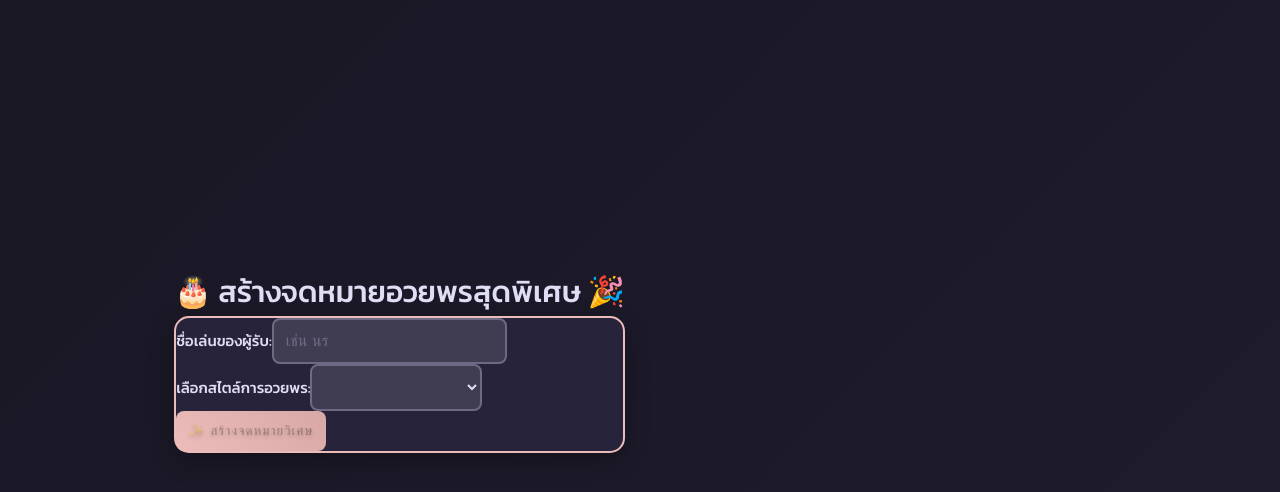
Repository: Jinwoo290350/Word_HBD
Page: /
These files come from the project's save history. The page is drawn as it stood at one moment and after a run of saves; the edit follows.
The browser window is 1280 px wide. The pictures show the whole page.
The project was rebuilt for these pictures with package versions that can differ from the ones it lists, and the page was loaded fresh each time. Also part of the build but not shown: vite.config.js.

Above is the page before, as saved 2025-03-28 22:22:49.

After the next 3 saves:
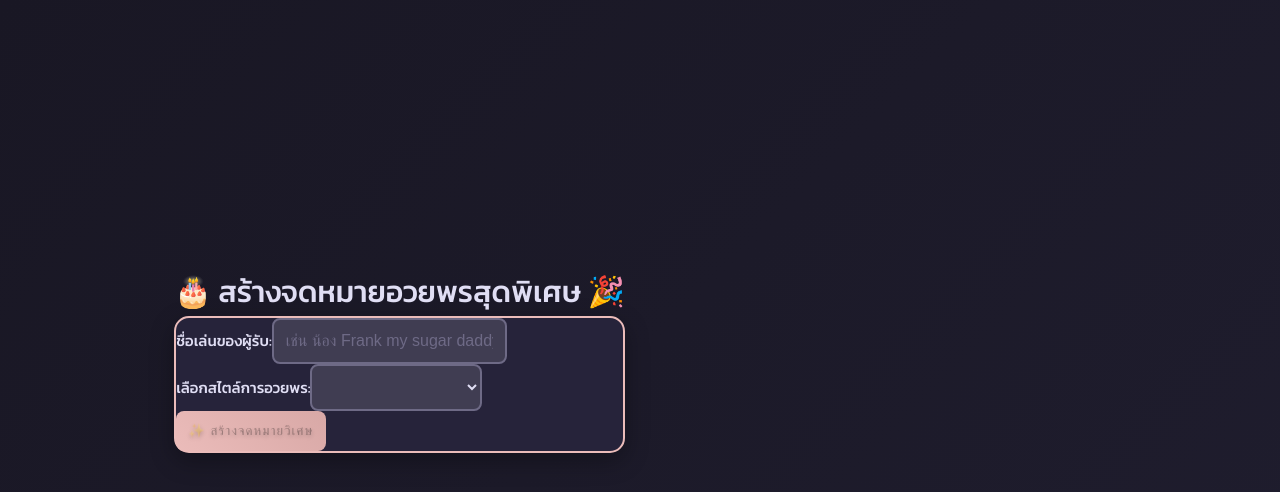
The 3 saves are shown as one change because they came seconds apart.
The last was saved 14 s later.
--- a/src/App.vue
+++ b/src/App.vue
@@ -8,7 +8,7 @@
           v-model="nickname"
           type="text"
           class="form-control"
-          placeholder="เช่น นร"
+          placeholder="เช่น น้อง Frank my sugar daddy"
         >
       </div>
 
